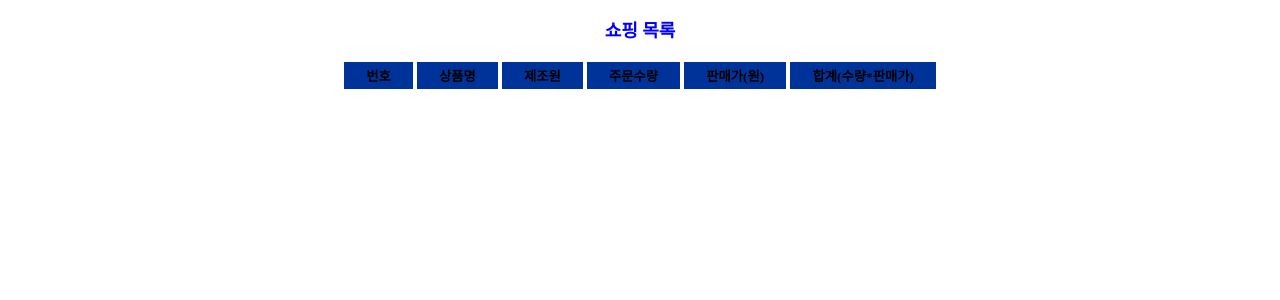
Repository: severrepair/JSPproject
Page: http://localhost/Shop/sale_list.jsp
These files come from the project's save history. The page is drawn as it stood at one moment and after the next save; the edit follows.
The browser window is 1280 px wide. The pictures show the whole page.
The page is served by Tomcat 9.

Above is the page before, as saved 2022-12-03 04:53:51.

### Shop/src/main/webapp/sale_list.jsp
<%@ page contentType="text/html; charset=UTF-8" pageEncoding="UTF-8" %>
<%@ page language="java" import="java.sql.*, java.text.*" %>
<% request.setCharacterEncoding("UTF-8"); %>
<!DOCTYPE html>
<html>
<head>
<meta charset="UTF-8">
<title>쇼핑 목록</title>
<SCRIPT language="javascript">
	function setvalue(f){
		f.quantity.value=0;
		f.submit();
	}
</SCRIPT>
</head>
<body>
<P align=center>
	<FONT color=#0000ff face=굴림 size=+1>
		<STRONG>쇼핑 목록</STRONG>
	</FONT>
</P>
<CENTER>
<TABLE border=0 width=600 cellpadding=4 cellspacing=4 style="font-size:10pt">
<TR>
	<TH width=5% bgcolor=#003399>
		<FONT color=black face=굴림><NOBR>번호</NOBR></FONT>
	</TH>
	<TH width=5% bgcolor=#003399>
		<FONT color=black face=굴림><NOBR>상품명</NOBR></FONT>
	</TH>
	<TH width=5% bgcolor=#003399>
		<FONT color=black face=굴림><NOBR>제조원</NOBR></FONT>
	</TH>
	<TH width=5% bgcolor=#003399>
		<FONT color=black face=굴림><NOBR>주문수량</NOBR></FONT>
	</TH>
	<TH width=5% bgcolor=#003399>
		<FONT color=black face=굴림><NOBR>판매가(원)</NOBR></FONT>
	</TH>
	<TH width=5% bgcolor=#003399>
		<FONT color=black face=굴림><NOBR>합계(수량*판매가)</NOBR></FONT>
	</TH>


</CENTER>



</body>
</html>

After the next save:
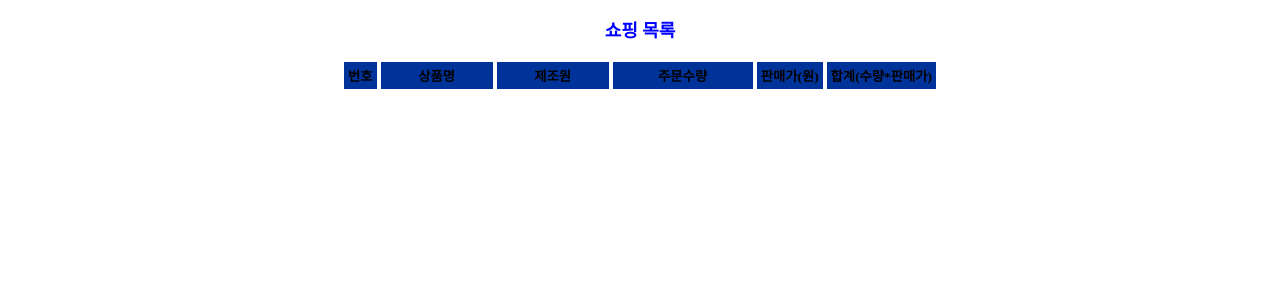
Saved 14 s later.
--- a/Shop/src/main/webapp/sale_list.jsp
+++ b/Shop/src/main/webapp/sale_list.jsp
@@ -25,19 +25,19 @@
 	<TH width=5% bgcolor=#003399>
 		<FONT color=black face=굴림><NOBR>번호</NOBR></FONT>
 	</TH>
-	<TH width=5% bgcolor=#003399>
+	<TH width=20% bgcolor=#003399>
 		<FONT color=black face=굴림><NOBR>상품명</NOBR></FONT>
 	</TH>
-	<TH width=5% bgcolor=#003399>
+	<TH width=20% bgcolor=#003399>
 		<FONT color=black face=굴림><NOBR>제조원</NOBR></FONT>
 	</TH>
-	<TH width=5% bgcolor=#003399>
+	<TH width=25% bgcolor=#003399>
 		<FONT color=black face=굴림><NOBR>주문수량</NOBR></FONT>
 	</TH>
-	<TH width=5% bgcolor=#003399>
+	<TH width=10% bgcolor=#003399>
 		<FONT color=black face=굴림><NOBR>판매가(원)</NOBR></FONT>
 	</TH>
-	<TH width=5% bgcolor=#003399>
+	<TH width=15% bgcolor=#003399>
 		<FONT color=black face=굴림><NOBR>합계(수량*판매가)</NOBR></FONT>
 	</TH>
 
